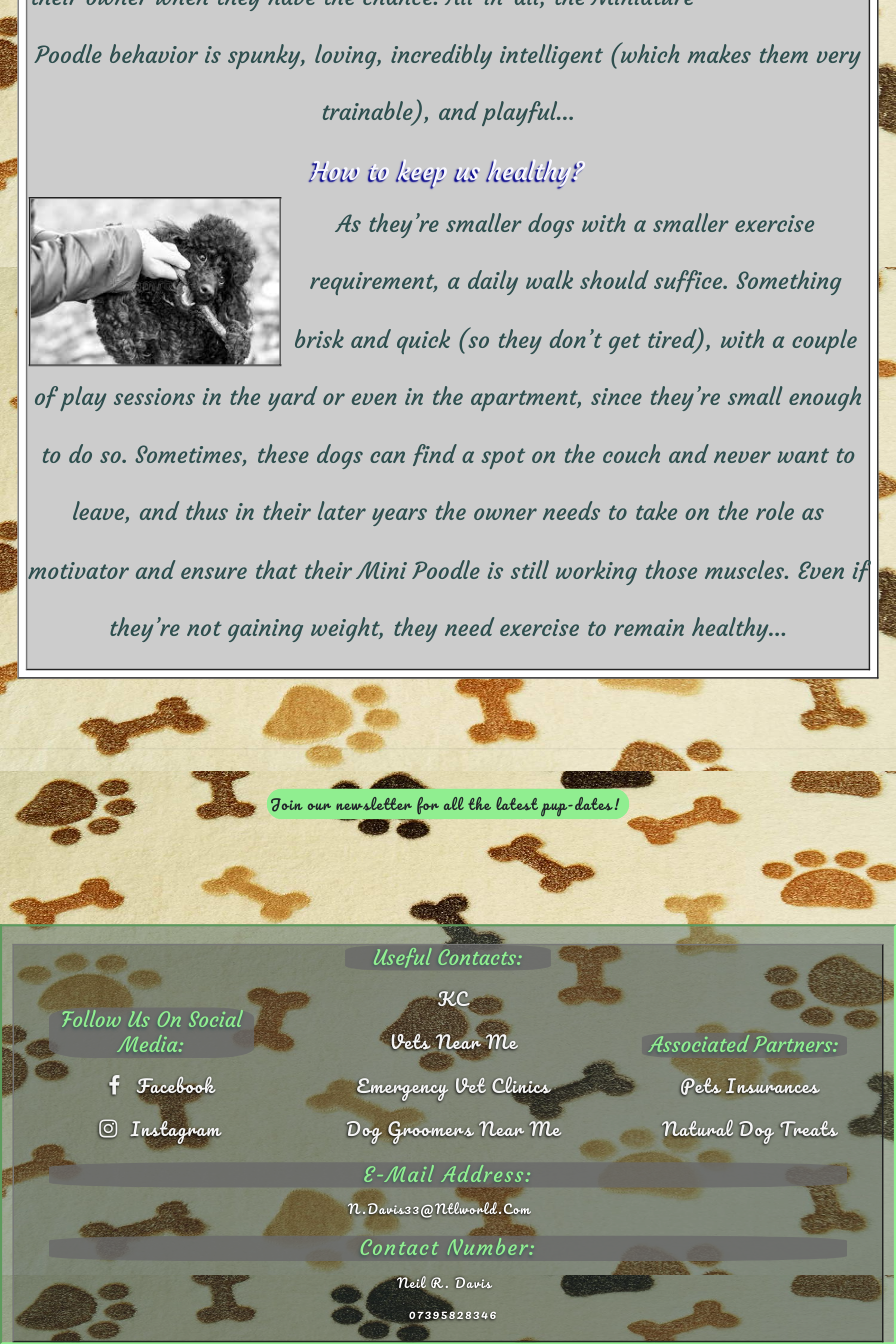
Repository: Code-Institute-Submissions/GeorgiosSklav-Iacinthos-blog
Page: about-them.html
The author's editor kept a record of every edit. The page is drawn from the files as they stood at one moment, then again after the next edit.
The browser window is 1280 px wide. The pictures show the part of the page from y = 1779 to 3699 px (the page is 3699 px tall), at 70% of full size.
Backgrounds fixed to the window are drawn as part of the page.

Above is the page before.

### about-them.html
<!DOCTYPE html>
<html lang="en">

<head>
    <meta charset="UTF-8">
    <meta name="viewport" content="width=device-width, initial-scale=1.0">
    <meta http-equiv="X-UA-Compatible" content="ie=edge">
    <link rel="stylesheet" href="https://stackpath.bootstrapcdn.com/bootstrap/4.3.1/css/bootstrap.min.css " integrity="sha384-ggOyR0iXCbMQv3Xipma34MD+dH/1fQ784/j6cY/iJTQUOhcWr7x9JvoRxT2MZw1T " crossorigin="anonymous">
    <title>Iacinthos mini Poodles</title>
    <link rel="stylesheet" href="https://stackpath.bootstrapcdn.com/font-awesome/4.7.0/css/font-awesome.min.css" integrity="sha384-wvfXpqpZZVQGK6TAh5PVlGOfQNHSoD2xbE+QkPxCAFlNEevoEH3Sl0sibVcOQVnN" crossorigin="anonymous">
    <link rel="stylesheet" href="style.css" type="text/css" />
</head>

<!--Header-->

<body>


    <header class="container">
        <div class="row align-items-start heading homepage">
            <div class="col-12 logo">
                <h1>How to treat and raise us:</h1>
            </div>
        </div>
        <nav class="navbar navbar-light navbar-expand-sm">
            <div class="navbar-brand"><i class="fa fa-paw"></i>About them</div>
            <button class="navbar-toggler ml-auto" type="button" data-toggle="collapse" data-target="#navbarNavDropdown" aria-controls="navbarNavDropdown">
            <span class="navbar-toggler-icon"></span></button>
            <div class="collapse navbar-collapse" id="navbarNavDropdown">
                <ul class="navbar-nav mt-auto mt-2 mt-lg-0">
                    <li class="nav-item mr-2"><a class="nav-link" href="index.html">Iacinthos</a></li>
                    <li class="nav-item mr-2"><a class="nav-link" href="request-form.html">Enquiries</a></li>
                    <li class="nav-item dropdown">
                        <div class="nav-link dropdown-toggle" id="navbarDropdownMenuLink" role="button" data-toggle="dropdown" aria-haspopup="true" aria-expanded="false">
                            Certificates</div>
                        <div class="dropdown-menu" aria-labelledby="navbarDropdownMenuLink">
                            <a class="dropdown-item" target="_blank" href="./Media/certificate.pdf"><i class="fa fa-download"></i>Kennel Club</a>
                            <a class="dropdown-item" target="_blank" href="./Media/lineage1.pdf"><i class="fa fa-download"></i>Blood-Lineage</a>
                        </div>

                    </li>
                </ul>
            </div>
        </nav>
    </header>

    <!--main-body-->

    <main>

        <div class="jumbotron-fluid about" id="frame">
            <div class="background-overlay">
                <div class="row">
                    <div class="col-12">
                        <img src="./Media/photos/steak.jpg" class="img-10" alt="dog-steak">
                        <h3 class="about-title">What do we eat?</h3>
                        <p>Most would opt for wet food. However, dry food is recommended since this is much better for the gums and teeth. In addition, dry kibble tends to be easier on the stomach and intestines and a diet of all wet canned food can lead
                            to runny stools...</p>
                    </div>
                </div>
                <div class="row">
                    <div class="col-12">
                        <h3 class="about-title">Natural diet?</h3>
                        <p>Feeding a complete raw meat diet to your dog is the best way to provide an easily digestible, balanced diet that mimics the way his ancestors naturally eat in the wild. However, there’s a lot of misinformation out there about feeding
                            a raw food diet to dogs. This can be confusing and discouraging for dog owners looking to do the right thing for their dogs. Nevertheless your choice, you just need to make sure that your doggy is getting all the daily nutrition
                            it needs....</p>
                    </div>
                </div>
                <div class="row">
                    <div class="col-12">
                        <h3 class="about-title">What do we love to do?</h3>
                        <img src="./Media/photos/woman-dog.jpg" class="img-20" alt="dog-jogging">
                        <p>They have a moderate temperament, and even though they’re elegant and well-mannered, have a very funny clown-like behavior when around their loved ones. They love to play and they’re smart enough to get themselves into trouble,
                            or challenge their owner when they have the chance. All-in-all, the Miniature Poodle behavior is spunky, loving, incredibly intelligent (which makes them very trainable), and playful...</p>
                    </div>
                </div>
                <div class="row">
                    <div class="col-12">
                        <h3 class="about-title">How to keep us healthy?</h3>
                        <img src="./Media/photos/excercising.jpg" class="img-30" alt="dog-with-a-stick">
                        <p>As they’re smaller dogs with a smaller exercise requirement, a daily walk should suffice. Something brisk and quick (so they don’t get tired), with a couple of play sessions in the yard or even in the apartment, since they’re small
                            enough to do so. Sometimes, these dogs can find a spot on the couch and never want to leave, and thus in their later years the owner needs to take on the role as motivator and ensure that their Mini Poodle is still working
                            those muscles. Even if they’re not gaining weight, they need exercise to remain healthy...</p>
                    </div>
                </div>
            </div>
        </div>
        <hr>
        <!--Modal-->

        <button type="button" class="btn btn-color" data-toggle="modal" data-target="#exampleModal">
  Join our newsletter for all the latest pup-dates!
</button>
        <div class="modal fade" id="exampleModal" tabindex="-1" role="dialog" aria-labelledby="exampleModalLabel" aria-hidden="true">
            <div class="modal-dialog" role="document">
                <div class="modal-content">
                    <div class="modal-header">
                        <h5 class="modal-title" id="exampleModalLabel">Join our family with a flick of your paw!</h5>
                        <button type="button" class="close" data-dismiss="modal" aria-label="Close">
                     <span aria-hidden="true">&times;</span>
        </button>
                    </div>
                    <div class="modal-body">
                        <form class="modal-newsletter">
                            <div class="form-group ">
                                <input type="email" class="form-control" id="InputEmail2" aria-describedby="InputEmail2" placeholder="Your Woof-mail....">
                            </div>
                            <div class="form-group">
                                <input type="password" class="form-control" id="InputPassword2" placeholder="....and a Woof-password">
                            </div>
                            <div class="form-group form-check">
                                <input type="checkbox" class="form-check-input" id="Check1">
                                <label class="form-check-label" for="Check1">Remember me</label>
                            </div>
                        </form>
                    </div>
                    <div class="modal-footer">
                        <button type="button" class="btn btn-danger" data-dismiss="modal">Close</button>
                        <button type="button" class="btn btn-info">Subscribe</button>
                    </div>
                </div>
            </div>

    </main>

    </div>


    <!---footer-->

    <footer class="container-fluid footer">
        <div class="background-overlay">
            <div class="row align-items-end">
                <div class="col-12 col-md-3 col-lg-3">
                    <h4 class="social-title capitalise">Follow us on social media:</h4>
                    <ul class="social-links">
                        <li>
                            <a target="_blank" href="https://www.facebook.com/neil.davis.9862">
                            <i class="fa fa-facebook"></i>
                            <span>Facebook</span>
                        </a>
                        </li>
                        <li>
                            <a target="_blank" href="https://instagram.com/neilr.davis?igshid=wmi0mqp5d2se">
                            <i class="fa fa-instagram"></i>
                            <span>Instagram</span>
                        </a>
                        </li>
                    </ul>
                </div>
                <div class="col-12 col-md-3 col-lg-3">
                    <h4 class="social-title capitalise">Useful contacts:</h4>
                    <ul class="social-links">
                        <li>
                            <a target="_blank" href="https://www.thekennelclub.org.uk/">
                            <span class="capitalise">KC</span>
                        </a>
                        </li>
                        <li>
                            <a target="_blank" href="https://www.google.com/search?q=vet+near+me&oq=vet+near&aqs=chrome.0.0j69i57j0l4.4119j0j7&sourceid=chrome&ie=UTF-8">
                            <span class="capitalise">Vets near me</span>
                        </a>
                        </li>
                        <li>
                            <a target="_blank" href="https://www.google.com/search?q=emergency+vet+clinic+near+me&oq=emergency+vet&aqs=chrome.4.69i57j0l5.15430j0j7&sourceid=chrome&ie=UTF-8">
                            <span class="capitalise">Emergency vet clinics</span>
                        </a>
                        </li>
                        <li>
                            <a target="_blank" href="https://www.google.com/search?q=dog+groomer+near+me&oq=dog+groomer&aqs=chrome.1.69i57j0l5.4790j0j7&sourceid=chrome&ie=UTF-8">
                            <span class="capitalise">Dog groomers near me</span>
                        </a>
                        </li>
                    </ul>
                </div>
                <div class="col-12 col-md-3 col-lg-3">
                    <h4 class="social-title capitalise">Associated partners:</h4>
                    <ul class="social-links">
                        <li>
                            <a target="_blank" href="https://www.google.com/search?q=pet+insurance+near+me&oq=pet+ins&aqs=chrome.2.0j69i57j0l4.6094j0j7&sourceid=chrome&ie=UTF-8">
                            <span class="capitalise">pets insurances</span>
                        </a>
                        </li>
                        <li>
                            <a target="_blank" href="https://www.doglistener.co.uk/catalog/natural-dog-treats-0">
                            <span class="capitalise">natural dog treats</span>
                        </a>
                        </li>
                    </ul>
                </div>
                <div class="col-12 col-md-3 col-lg-3 contacts">
                    <h4 class="social-title capitalise">e-mail address:</h4>
                    <p class="capitalise social-links">
                        n.davis33@ntlworld.com
                    </p>
                    <h4 class="social-title capitalise">Contact number:</h4>
                    <ul class="social-links">
                        <li class="social-links capitalise">
                            neil r. davis
                        </li>
                        <li class="capitalise">
                            07395828346
                        </li>
                    </ul>
                </div>
            </div>
        </div>
    </footer>

    <script src="https://code.jquery.com/jquery-3.3.1.slim.min.js" integrity="sha384-q8i/X+965DzO0rT7abK41JStQIAqVgRVzpbzo5smXKp4YfRvH+8abtTE1Pi6jizo" crossorigin="anonymous"></script>
    <script src="https://cdnjs.cloudflare.com/ajax/libs/popper.js/1.14.7/umd/popper.min.js" integrity="sha384-UO2eT0CpHqdSJQ6hJty5KVphtPhzWj9WO1clHTMGa3JDZwrnQq4sF86dIHNDz0W1" crossorigin="anonymous"></script>
    <script src="https://stackpath.bootstrapcdn.com/bootstrap/4.3.1/js/bootstrap.min.js" integrity="sha384-JjSmVgyd0p3pXB1rRibZUAYoIIy6OrQ6VrjIEaFf/nJGzIxFDsf4x0xIM+B07jRM" crossorigin="anonymous"></script>
</body>

</html>

### style.css
@import url('https://fonts.googleapis.com/css?family=Courgette:100,200,300,400,500,600,700|Pacifico:100,200,300,400,500,600,700');

/*------------------------------------------------body background*/

body {
    background-image: url("./Media/photos/footprints.jpg");
    background-size: 100%;
    background-attachment: fixed;
    line-height: 2.5;
    text-align: center;

}

.background-overlay {
    position: relative;
    height: 100%;
    width: 100%;
    padding: 0;
    background-color: rgba(0, 0, 0, 0.2);
    border: 2px outset #777;
}

h1 {
    font-family: "Courgette", sans-serif;
    font-weight: 700;
    font-size: 45px;
    color: #f4f4f4;
    text-shadow: -1px 2px 5px #2f4f4f;
    margin-top: 35px;
    margin-bottom: 5px;
    padding-top: 25px;
}

.heading {
    margin: 25px;
}

.capitalise {
    text-transform: capitalize;
}

/*------------------------------------------------Navbar*/

.navbar {
    word-wrap: normal;
    margin-top: 35px;
    margin-bottom: 50px;
}

.navbar-light {
    font-family: 'Courgette', sans-serif;
    font-weight: 600;
    font-size: 35px;
    text-shadow: 0px 2px 3px #00ffff;
}

.nav-link {
    margin-right: 15px;
    margin-left: 15px;
}

.nav-link:hover {
    background-color: #90ee90;
    border-radius: 50%;
}

.dropdown-menu {
    background-color: #90ee90;
    font-weight: 600;
    font-size: 20px;
    border-radius: 10%;
    margin: 0;
    padding: 2px;
}

.dropdown-menu ul li:hover {
    background-color: #777;
}

.ml-auto {
    background-color: #90ee90;
}

.navbar i {
    font-size: 35px;
    padding-top: 0;
    padding-bottom: 5px;
    padding-right: 2px;
    margin: 5px;
    color: #777;
}

.navbar-brand {
    font-size: 30px;
}

.navbar-brand:hover {
    background-color: #90ee90;
    border-radius: 50%;
}

.fa-download {
    margin-right: 2px;
    margin-left: 2px;
}

.fa-download:hover {
    color: #90ee90;
}

/*------------------------------------------Media queries*/

@media (max-width: 300px) {
    .ml-auto:hover {
        background-color: #777;
    }
    .dropdown-item:hover {
        background-color: #777;

    }
    #navbarNavDropdown {
        background-color: #90ee90;
    }

    #navbarNavDropdown ul li:hover {
        background-color: #90ee90;
    }
    .social-links,
    .social-title {
        font-size: 30px;
    }
}

@media (max-width: 3800px) {
    .dropdown-menu {
        background-color: #90ee90;
        color: #777;
    }
    .dropdown-item:hover {
        background-color: #777;
        color: #90ee90;
    }

    .col-lg-3 {
        flex: 30%;
        max-width: 100%;
    }
}

/*------------------------------------------------Homepage*/

.homepage a {
    text-decoration: none;
    height: 100%;
}

.introduction {
    height: 90%;
    width: 90%;
}

.img-10 {
    float: left;
    width: 15%;
    border-radius: 50%;
    border: groove #777;
}

.img-20 {
    float: right;
    width: 20%;
    border-radius: 50%;
    border: groove #777;
    margin: 2px;
}

.img-30 {
    float: left;
    width: 30%;
    border: groove #777;
    margin: 2px;
}

.img-50 {
    margin-left: 25px;
    margin-bottom: 20px;
    width: 100%;
    float: none;
    border-style: groove;
    border-radius: 50%;
}

/*--------------------------------------------texts,p*/

.container-title {
    text-align: center;
    margin: 35px;
    font-family: "Courgette", sans-serif;
    color: #00ffff;
    text-shadow: -1px 2px 5px #2f4f4f;
}

.container-title i {
    font-size: 30px;
    padding: 15px;
    margin: 15px;
}

.dog-name {
    font-family: "Courgette", sans-serif;
    font-weight: 700;
    font-size: 32px;
    margin-left: 25px;
    text-shadow: -1px 2px 1px #191970;
}

/*----------------------------------------about us section*/

.about {
    margin: 25px;
    font-family: "Courgette", sans-serif;
    font-size: 33px;
    color: #2f4f4f;
}

.about .about-title {
    color: #f8f8ff;
    text-shadow: -3px 2px 2px #00008b;
    font-size: 36px;
    padding: 5px 2px;
}

#frame {
    border: 2px outset #777;
    font-size: 33px;
    margin-top: 45px;
    margin-bottom: 100px;
    padding: 10px;
    font-weight: 200;
    background-color: #fff;
}

/*----------------------------------------newsletter button*/

.btn-color {
    background-color: #90ee90;
    font-family: "Pacifico", sans-serif;
    font-size: 20px;
    letter-spacing: 2px;
    margin: 40px 25px 150px;
    padding-left: 4px;
    border-radius: 50px;
}

.btn-color:hover {
    color: #90ee90;
    background-color: #777;
}

/*----------------------------------------Modal styling*/

.modal-title {
    font-family: "Pacifico", sans-serif;
    font-size: 25px;
    margin: 10px 5px;
}

.modal-content {
    background-color: #90ee90;
    text-shadow: -3px 2px 0.5px #ffefd5;
    color: #777;
}

.modal-footer .btn-danger,
.btn-info {
    margin-right: 20px;
}

.modal-body {
    padding: 0 15px 0 15px;
    top: 5px;
    bottom: 0;
    margin-top: 10px;
}


/*----------------------------------------footer*/

.footer {
    border: 3px inset #90ee90;
    background-color: rgba(47, 79, 79, .4);
    padding-top: 25px;
    margin: 0px 5px 0px 0px;
    text-align: center;
}

.contacts .social-title {
    font-family: "Courgette", sans-serif;
    font-size: 30px;
    font-weight: 400;
    letter-spacing: 2px;
    color: #90ee90;
    text-shadow: -1px 2px 5px #2f4f4f;
}


.social-links {
    list-style: none;
    padding-right: 25px;
    font-family: "Pacifico", sans-serif;
    color: #fff;
    font-size: 18px;
    font-weight: 300;
    letter-spacing: 2px;
    text-shadow: -1px 1px 4px #000;
}

.social-links li a {
    text-decoration: none;
    font-family: "Pacifico", sans-serif;
    font-size: 25px;
    font-weight: 400;
    letter-spacing: 2px;
    color: #f4f4f4;
    text-shadow: -1px 1px 4px #000;
}

.social-links li a:hover {
    background-color: #777;
    color: #90ee90;
    border-radius: 30%;
}

.social-links li i {
    font-size: 30px;
    height: 45px;
    width: 45px;
}

.social-title {
    word-break: keep-all;
    margin-left: 50px;
    margin-right: 50px;
    font-size: 30px;
    font-family: "Courgette", sans-serif;
    border-radius: 20%;
    color: #90ee90;
    text-shadow: -1px 2px 5px #2f4f4f;
    background-color: rgba(/*144, 238, 144,*/
    105, 105, 105, 0.8);
}

.contact-heading {
    font-family: "Courgette", sans-serif;
    font-weight: 300;
    margin-top: 25px;
    margin-bottom: 20px;
}

.form-control {
    font-size: 20px;
    background-color: #90ee90;
}

.control {
    background-color: #90ee90;
}

.center-form {
    padding: 15px 5px 10px;
    margin: 15px auto;
    max-width: 80%;
}

button[type="submit"] {
    margin-bottom: 20px;
    margin-top: 13px;
    color: #90ee90;
    background-color: #777;
}

button[type="submit"]:hover {
    background-color: #90ee90;
    color: #777;
}

After the next edit:
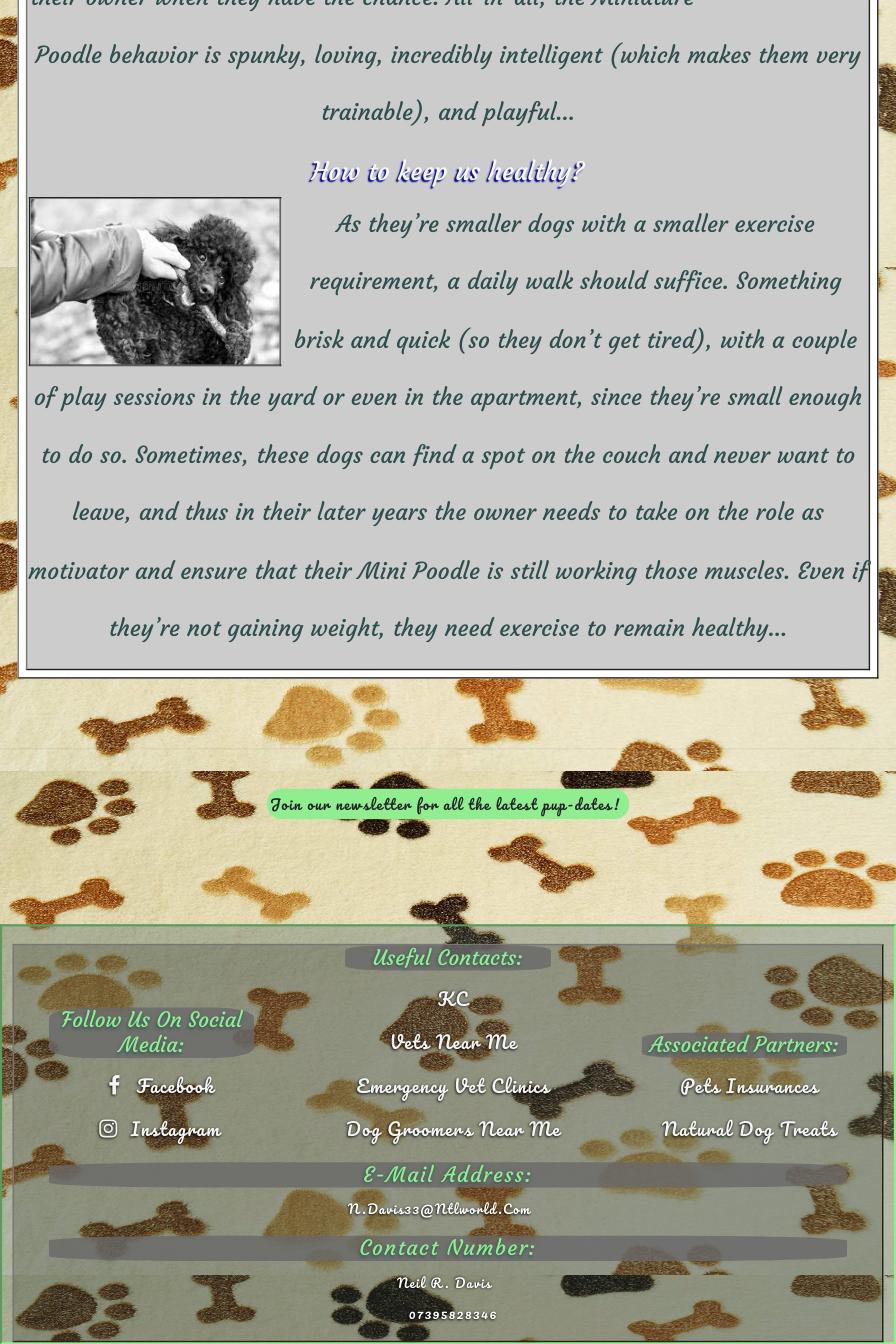
The edit:
--- a/style.css
+++ b/style.css
@@ -288,9 +288,9 @@
 
 .footer {
     border: 3px inset #90ee90;
-    background-color: rgba(47, 79, 79, .4);
+    background-color: rgba(47, 79, 79, .3);
     padding-top: 25px;
-    margin: 0px 5px 0px 0px;
+    margin: 0 5px 0 0 ;
     text-align: center;
 }
 
